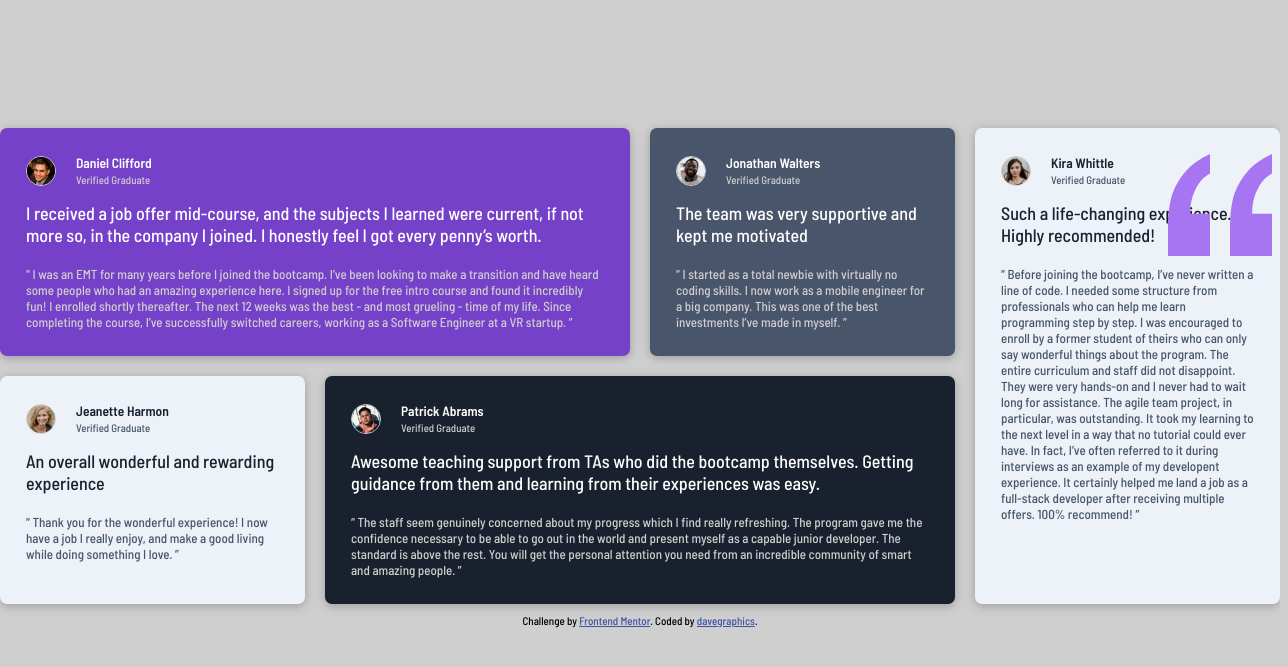
Repository: DejV44/testimonials_grid_section_main
Page: index.html
An editor plug-in stored every save of this project. The page is shown before and after the next save, followed by the edit.
The browser window is 1280 px wide. The page is 1280 px wide, then 1288 px, so the pictures cover 1288 px, including what lies to the right of the window. The pictures show the whole page.
The style sheet was rebuilt from its Sass, Less or Tailwind sources for each picture, by a compiler version that may differ from the author's.

Above is the page before, as saved 2021-07-15 20:54:10.

After the next save:
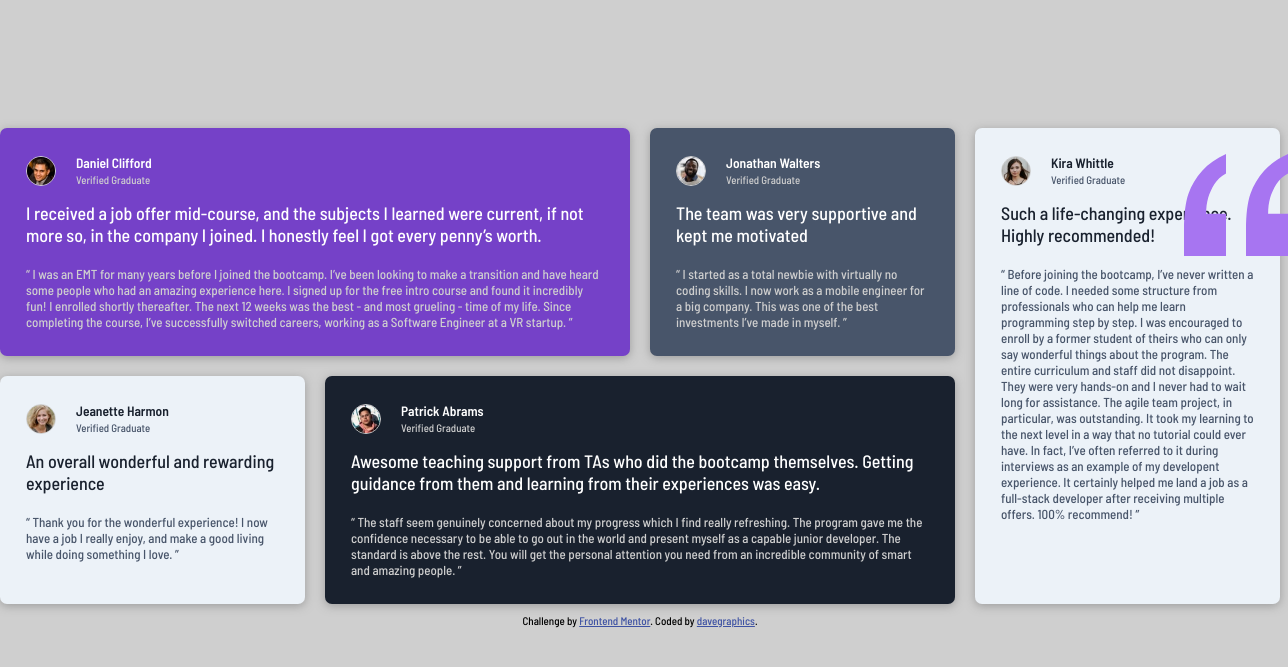
Saved 5 s later.
--- a/css/style.scss
+++ b/css/style.scss
@@ -32,7 +32,7 @@ body {
         background-color: $ModerateViolet;
         .quoation {
             position: absolute;
-            right: 8px;
+            right: -8px;
         }
       }
 
